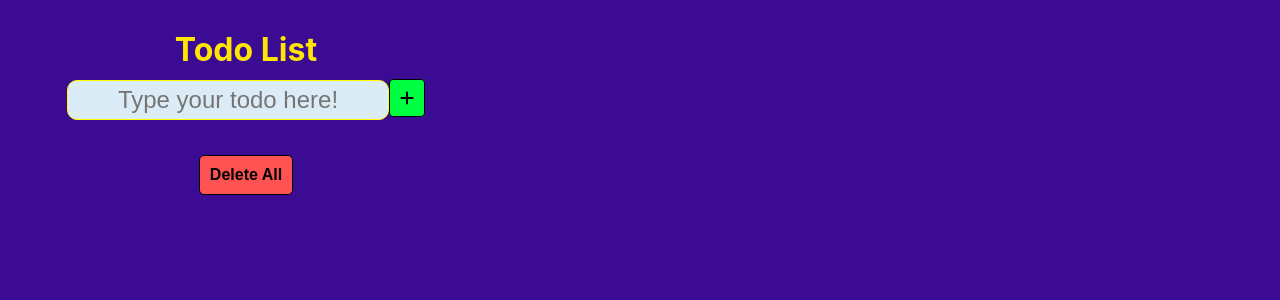
Repository: badhon252/todo-app
Page: /
The author's editor kept a copy of each file at every save. The page is drawn from the files as they stood at one save, then again after the next save.
The browser window is 1280 px wide. The pictures show the whole page.
The project was rebuilt for these pictures with package versions that can differ from the ones it lists, and the page was loaded fresh each time.

Above is the page before, as saved 2022-01-26 16:55:11.

After the next save:
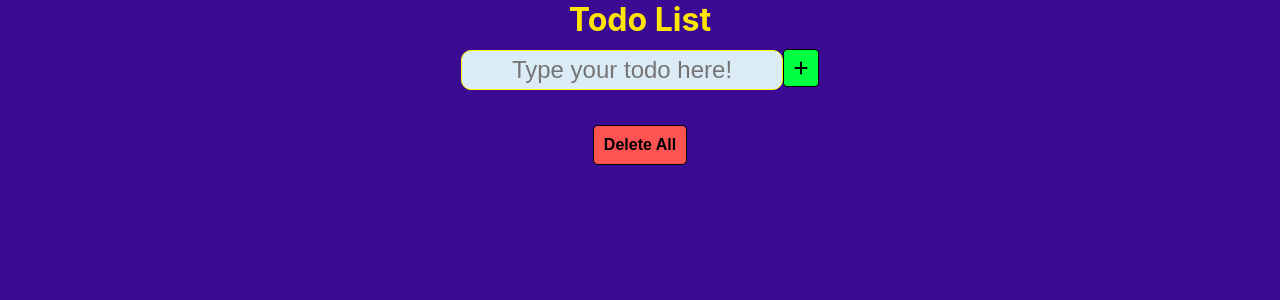
Saved 21 min 48 s later.
--- a/src/Styles/style.css
+++ b/src/Styles/style.css
@@ -5,7 +5,7 @@
 }
 
 .main-div {
-  margin: 30px;
+  margin: auto;
   text-align: center;
   width: 27rem;
 }
